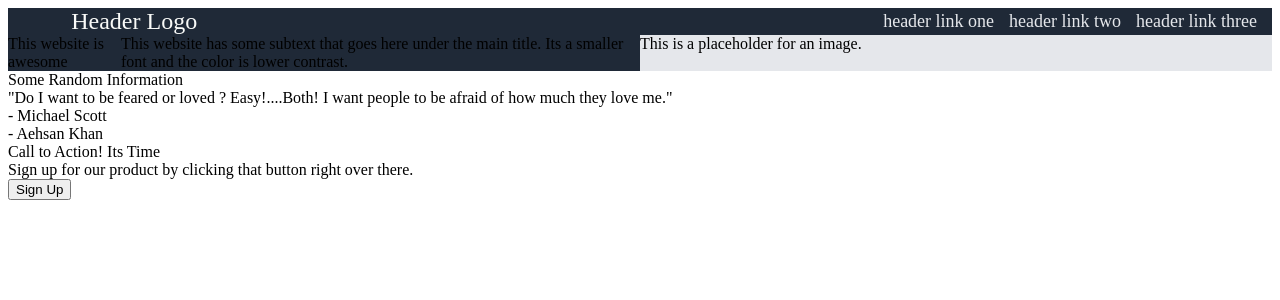
Repository: Aehsan4004/odinlandpage
Page: index.html
These files come from the project's save history. The page is drawn as it stood at one moment and after the next save; the edit follows.
The browser window is 1280 px wide. The pictures show the whole page.

Above is the page before, as saved 2025-02-10 09:44:32.

After the next save:
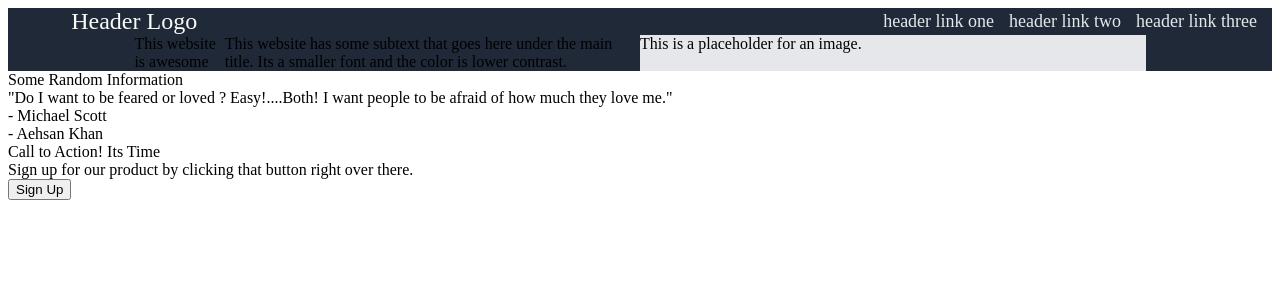
Saved 71 s later.
--- a/styles.css
+++ b/styles.css
@@ -43,9 +43,11 @@ ul {
 .left-box {
     display: flex;
     flex: 1 1 40%;
+    max-width: 40%;
 }
 .right-box {
     display: flex;
     flex: 1 1 40%;
+    max-width: 40%;
     background-color: #e5e7eb;
 }
